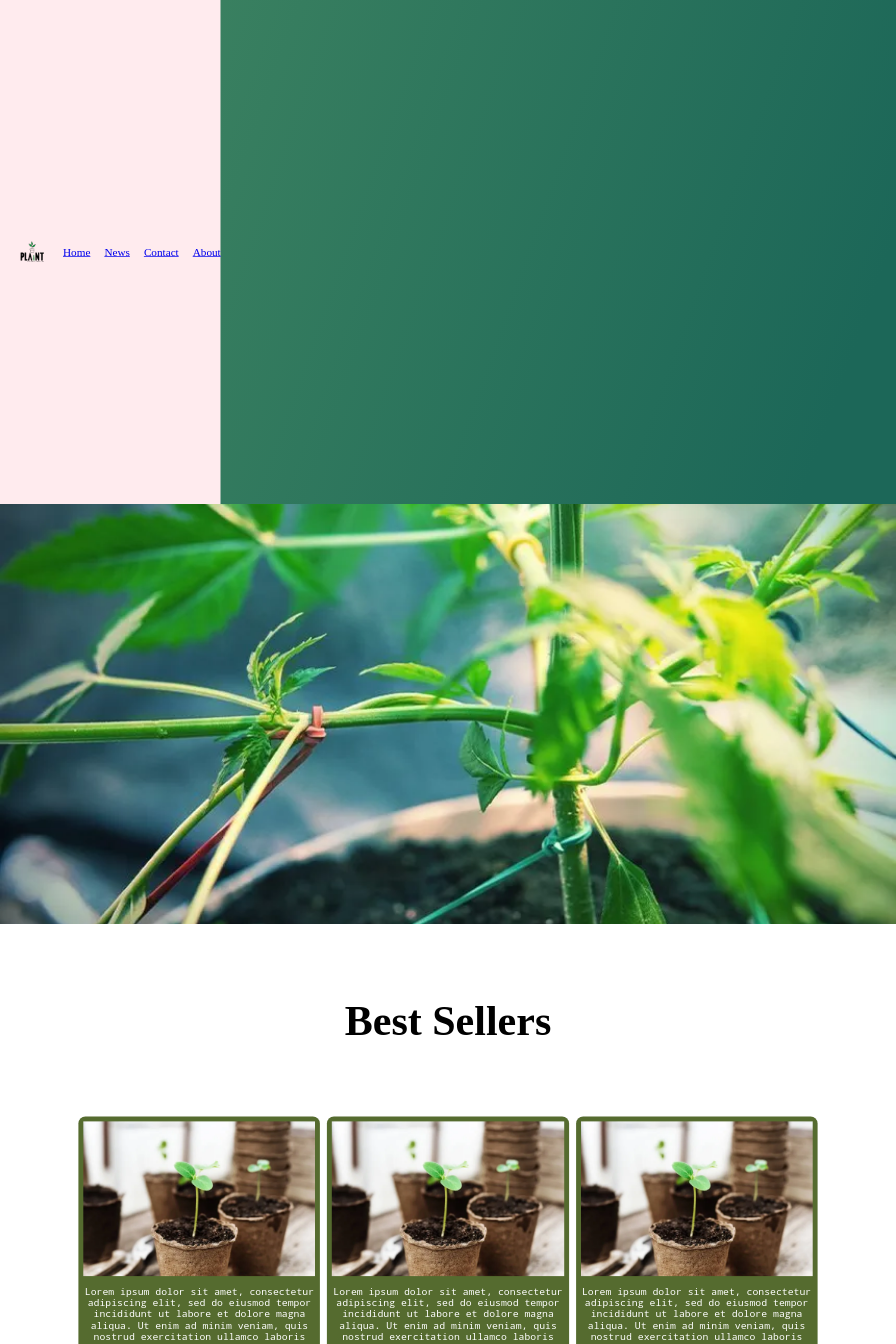
Repository: Flexo874/ISITECH-HTML-CSS
Page: index.html
These files come from the project's save history. The page is drawn as it stood at one moment and after the next save; the edit follows.
The browser window is 1280 px wide. The pictures show the part of the page from y = 0 to 1920 px (the page is 3901 px tall before and 3235 px after), at 70% of full size.
Some web fonts or font styles are not loaded; a fallback is used.

Above is the page before, as saved 2024-01-04 09:39:08.

After the next save:
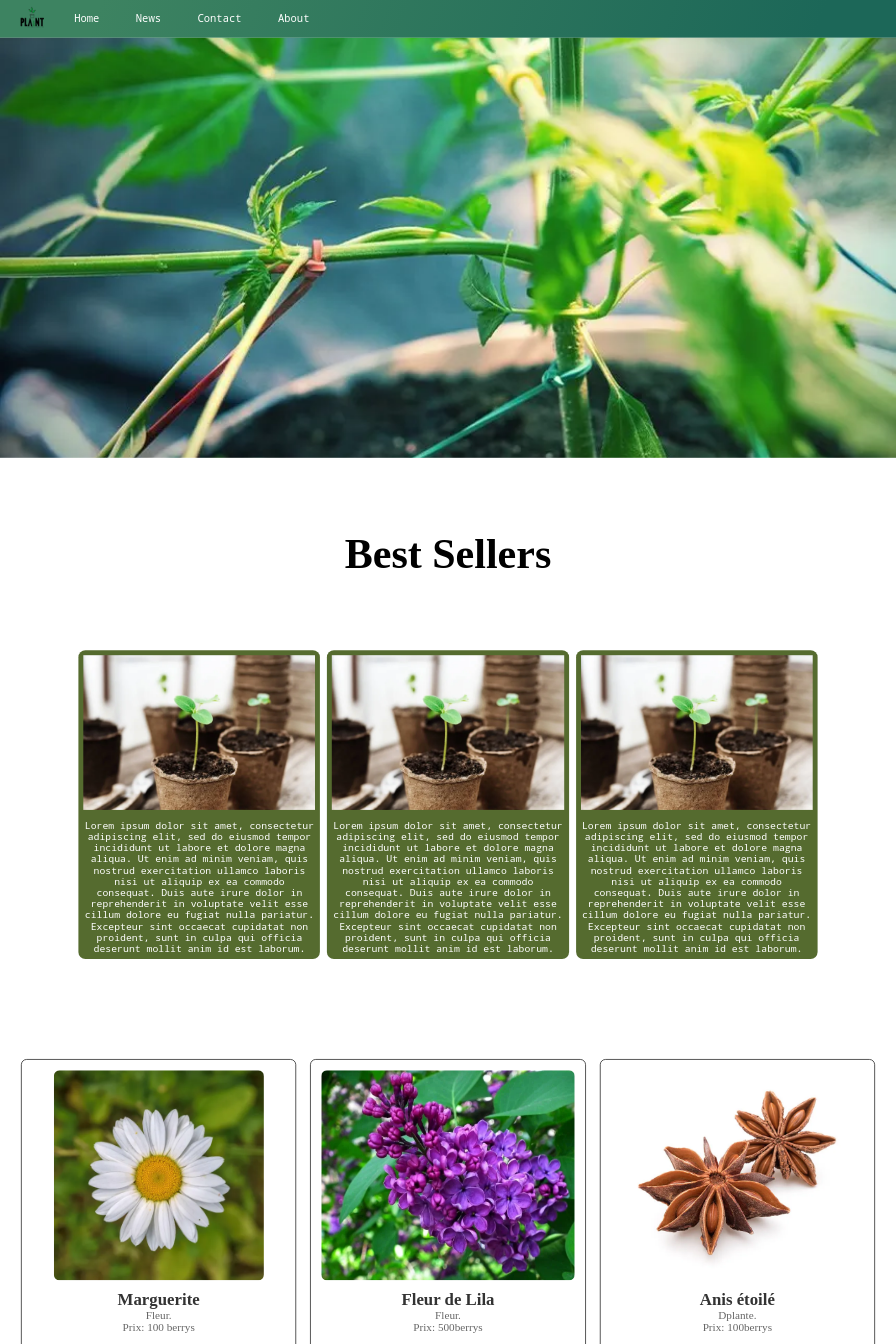
Saved 10 s later.
--- a/index.html
+++ b/index.html
@@ -18,13 +18,12 @@
 <body>
 
     <ul>
-        <div class="data-container">
-            <li><img src="images/logo_render.png" alt="Logo"></li>
-            <li><a href="#home">Home</a></li>
-            <li><a href="#news">News</a></li>
-            <li><a href="#contact">Contact</a></li>
-            <li><a href="#about">About</a></li>
-        </div>
+
+        <li>  <img src="images/logo_render.png" alt="Logo"></li>
+        <li><a href="#home">Home</a></li>
+        <li><a href="#news">News</a></li>
+        <li><a href="#contact">Contact</a></li>
+        <li><a href="#about">About</a></li>
     </ul>
 
     <div class="plant-img">
--- a/style.css
+++ b/style.css
@@ -29,55 +29,23 @@
   margin-left: 20px;
 }
 
-.btn{
-  cursor:pointer;
-    position:relative;
-    padding:10px 20px;
-    background:white;
-    font-size:28px;
-    border-top-right-radius:10px;
-    border-bottom-left-radius:10px;
-    transition:all 1s;
-    &:after,&:before{
-      content:" ";
-      width:10px;
-      height:10px;
-      position:absolute;
-      border :0px solid #fff;
-      transition:all 1s;
-      }
-    &:after{
-      top:-1px;
-      left:-1px;
-      border-top:5px solid black;
-      border-left:5px solid black;
-    }
-    &:before{
-      bottom:-1px;
-      right:-1px;
-      border-bottom:5px solid black;
-      border-right:5px solid black;
-    }
-    &:hover{
-      border-top-right-radius:0px;
-    border-bottom-left-radius:0px;
-       background:rgba(0,0,0,.5);
-      color:white;
-      &:before,&:after{
-        width:100%;
-        height:100%;
-        border-color:white;
-      }
-    }
-  }
+li a {
+  display: block;
+  color: white;
+  text-align: center;
+  padding: 18px 16px;
+  text-decoration: none;
+  font-size: 15px;
+  transition: 0.4s ease-in-out;
+  position: center;
+  font-family: "Noto Mono", monospace;
+}
 
-  .data-container{
-    background:#ffebee;
-    height:100vh;
-    display:flex;
-    justify-content:center;
-    align-items:center;
-  }
+li a:hover {
+  background-color: #111;
+  border-radius: 5px;
+}
+
 .plant-img img {
   width: 100%;
   height: 600px;
